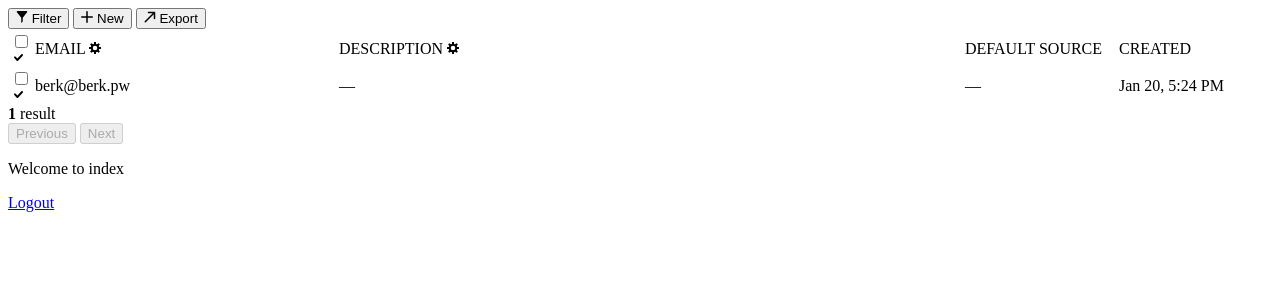
Repository: oumaimaboumarte48/mon_portfolio
Page: http://localhost/
These files come from the project's save history. The page is drawn as it stood at one moment and after the next save; the edit follows.
The browser window is 1280 px wide. The pictures show the whole page.
The page is run by PHP 8.4 with error messages shown; the project is at /var/www/html/. The session is filled in as if someone had signed in: {"userlogin": "testuser"}.

Above is the page before, as saved 2020-09-01 13:40:04.

After the next save:
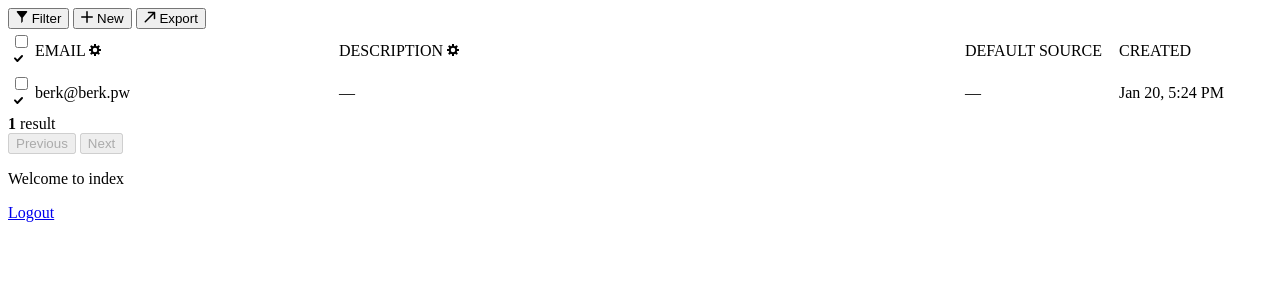
Saved 57 s later.
--- a/admin/index.php
+++ b/admin/index.php
@@ -13,6 +13,14 @@ session_start();
 	}
 
 ?>
+<!DOCTYPE html>
+<html lang="en">
+<head>
+	<meta charset="UTF-8">
+	<meta name="viewport" content="width=device-width, initial-scale=1.0">
+	<title>Document</title>
+</head>
+<body>
 <div class="container py-5">
 	<div class="Card">
 		<div class="Card__content Card__content--border">
@@ -94,6 +102,9 @@ session_start();
 		</div>
 	</div>
 </div>
+</body>
+</html>
+
 
 <p>Welcome to index</p>
 
